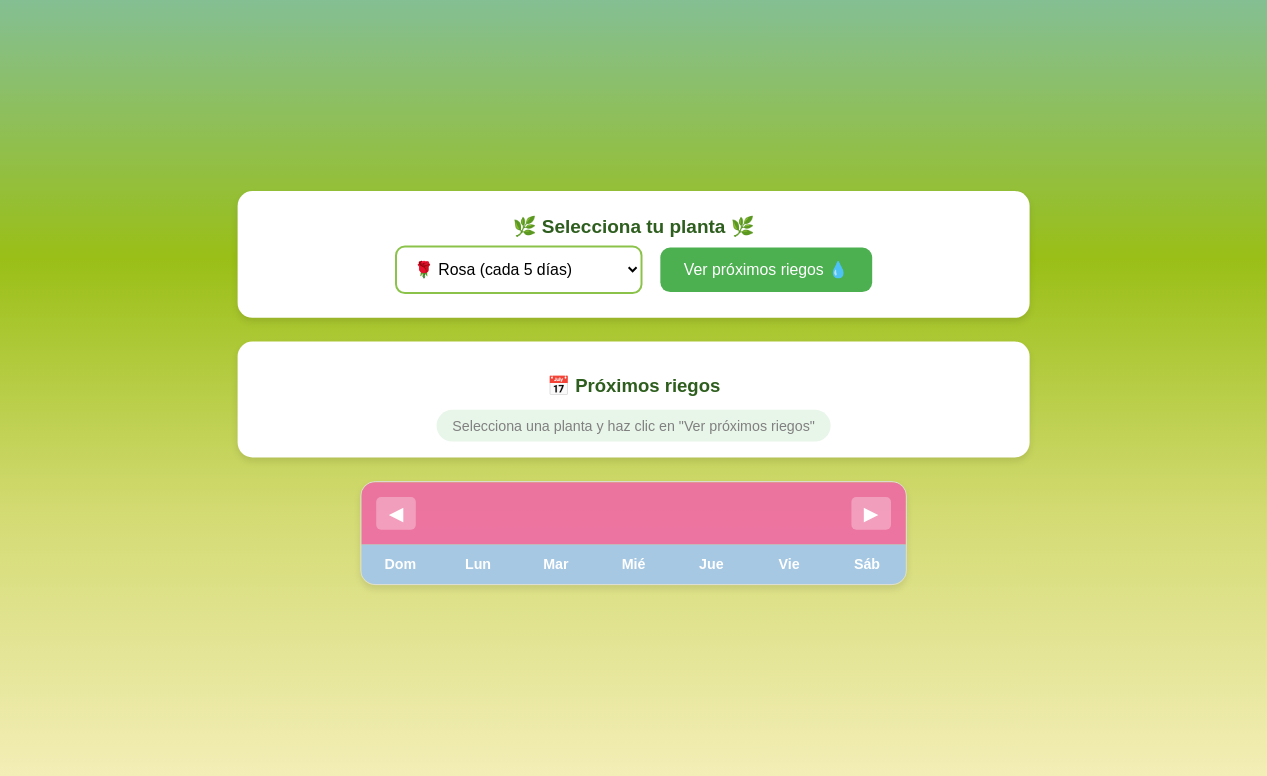
Repository: carrascokarencb37-afk/Nuura
Page: html/calendario.html
These files come from the project's save history. The page is drawn as it stood at one moment and after the next save; the edit follows.
The browser window is 1280 px wide. The pictures show the whole page, at 99% of full size.

Above is the page before, as saved 2026-05-29 00:13:33.
Console error: ReferenceError: element is not defined

### html/calendario.html
<!DOCTYPE html>
<html lang="es">
<head>
    <meta charset="UTF-8">
    <meta name="viewport" content="width=device-width, initial-scale=1.0">
    <title>Nuura - Calendario de Riego</title>
    <link rel="stylesheet" href="../css/cale.css">
    <script src="../js/calen.js" defer></script>
</head>
<body>
    <div class="container">
        <!-- Selector de flor -->
        <div class="selector-flor">
            <label>🌿 Selecciona tu planta 🌿</label>
            <div>
                <select id="flor">
                    <option value="rosa">🌹 Rosa (cada 5 días)</option>
                    <option value="jazmin">🌼 Jazmín (cada 1 días)</option>
                    <option value="corona">👑 Corona de Cristo (cada 3 días)</option>
                    <option value="duranta">💜 Duranta (cada 2 días)</option>
                    <option value="pervinca">🌸 Pervinca (cada 1 día)</option>
                    <option value="capuchina">🧡 Capuchina (cada 1 día)</option>
                    <option value="ruda">🌿 Ruda (cada 2 días)</option>
                    <option value="pascua">❤️ Flor de Pascua (cada 1 días)</option>
                    <option value="bigotillo">💚 Bigotillo (cada 2 días)</option>
                    <option value="trompillo">💛 Trompillo (cada 2 día)</option>
                </select>
                <button onclick="calcularRiego()">Ver próximos riegos 💧</button>
            </div>
        </div>

        <!-- Resultado de riegos -->
        <div class="resultado-riegos">
            <h3>📅 Próximos riegos</h3>
            <div id="resultado">
                <p style="color: gray;">Selecciona una planta y haz clic en "Ver próximos riegos"</p>
            </div>
        </div>

        <!-- Calendar Container -->
        <div class="calendar">
            <!-- Month and Year Header -->
            <div class="calendar-header">
                <button onclick="mesAnterior()">◀</button>
                <span id="monthYear"></span>
                <button onclick="mesSiguiente()">▶</button>
            </div>

            <!-- Days of the Week -->
            <div class="calendar-days">
                <div>Dom</div>
                <div>Lun</div>
                <div>Mar</div>
                <div>Mié</div>
                <div>Jue</div>
                <div>Vie</div>
                <div>Sáb</div>
            </div>

            <!-- Calendar Dates -->
            <div id="calendarDates" class="calendar-dates"></div>
        </div>
    </div>
</body>
</html>

### css/cale.css

.riego{
    background-color: #8BC34A;
    border-radius: 50%;
}
        /* Basic page styling */
        body {
            font-family: Arial, sans-serif;
            display: flex;
             flex-direction: column;
    justify-content: center;
    align-items: center;
    min-height: 100vh;
    background: linear-gradient(to top, #f3eeb6, #d4db74, #9abf17, #84bf93);
    margin: 0;
    padding: 2rem 1rem;
}

/* Contenedor principal */
.container {
    max-width: 800px;
    width: 100%;
    margin: 0 auto;
}

/* Selector de flor */
.selector-flor {
    background: white;
    padding: 1.5rem;
    border-radius: 15px;
    margin-bottom: 1.5rem;
    text-align: center;
    box-shadow: 0 4px 8px rgba(0, 0, 0, 0.1);
}

.selector-flor label {
    font-size: 1.2rem;
    font-weight: bold;
    color: #2e5e1e;
    display: block;
    margin-bottom: 0.5rem;
}

#flor {
    padding: 0.8rem;
    font-size: 1rem;
    border-radius: 10px;
    border: 2px solid #8BC34A;
    background-color: white;
    width: 100%;
    max-width: 250px;
    cursor: pointer;
}

button {
    background-color: #4CAF50;
    color: white;
    border: none;
    padding: 0.8rem 1.5rem;
    font-size: 1rem;
    border-radius: 10px;
    cursor: pointer;
    margin-left: 0.8rem;
    transition: 0.3s;
}

button:hover {
    background-color: #45a049;
    transform: scale(1.02);
}

/* Resultado de riegos */
.resultado-riegos {
    background: white;
    padding: 1rem;
    border-radius: 15px;
    margin-bottom: 1.5rem;
    text-align: center;
    box-shadow: 0 4px 8px rgba(0, 0, 0, 0.1);
}

.resultado-riegos h3 {
    color: #2e5e1e;
    margin-bottom: 0.8rem;
}

#resultado {
    display: flex;
    flex-wrap: wrap;
    justify-content: center;
    gap: 0.8rem;
}

#resultado p {
    background: #e8f5e9;
    padding: 0.5rem 1rem;
    border-radius: 20px;
    margin: 0;
    font-size: 0.9rem;
}

/* Calendar container */
.calendar {
    width: 100%;
    max-width: 550px;
    margin: 0 auto;
    border: 1px solid #ddd;
    border-radius: 15px;
    box-shadow: 0 4px 8px rgba(0, 0, 0, 0.1);
    overflow: hidden;
}

/* Calendar header styling */
.calendar-header {
    display: flex;
    justify-content: space-between;
    align-items: center;
    background-color: #ee6fa2f1;
    color: white;
    padding: 15px;
    font-size: 1.2em;
    font-weight: bold;
}

.calendar-header button {
    background: rgba(255, 255, 255, 0.3);
    border: none;
    color: white;
    font-size: 1.2rem;
    cursor: pointer;
    padding: 0.3rem 0.8rem;
    border-radius: 5px;
    margin: 0;
}

.calendar-header button:hover {
    background: rgba(255, 255, 255, 0.5);
    transform: none;
}

/* Days of the week styling */
.calendar-days {
    display: grid;
    grid-template-columns: repeat(7, 1fr);
    background-color: #a3c7e9f1;
    color: white;
    text-align: center;
}

.calendar-days div {
    padding: 12px 5px;
    text-align: center;
    font-weight: bold;
    font-size: 0.9rem;
}

/* Date cells styling */
.calendar-dates {
    display: grid;
    grid-template-columns: repeat(7, 1fr);
    background-color: white;
}

.calendar-dates div {
    padding: 15px 5px;
    text-align: center;
    border: 1px solid #ddd;
    font-size: 0.9rem;
    min-height: 50px;
    display: flex;
    align-items: center;
    justify-content: center;
    transition: 0.2s;
}

.calendar-dates div:hover {
    background-color: #f0f0f0;
}

/* Highlight today */
.today {
    background-color: #ffdd57 !important;
    font-weight: bold;
    border-radius: 50%;
    width: 35px;
    height: 35px;
    margin: auto;
}

/* Día de riego */
.riego-day {
    background-color: #8BC34A !important;
    color: white;
    font-weight: bold;
    border-radius: 50%;
    width: 35px;
    height: 35px;
    margin: auto;
    display: flex;
    align-items: center;
    justify-content: center;
}

/* Responsive */
@media (max-width: 550px) {
    body {
        padding: 1rem;
    }

    .calendar-dates div {
        padding: 10px 2px;
        font-size: 0.75rem;
        min-height: 40px;
    }

    .calendar-days div {
        padding: 8px 2px;
        font-size: 0.75rem;
    }

    .today, .riego-day {
        width: 28px;
        height: 28px;
    }

    button {
        margin-left: 0;
        margin-top: 0.5rem;
    }
}

@media (max-width: 400px) {
    .calendar-dates div {
        padding: 8px 1px;
        font-size: 0.7rem;
    }

    .today, .riego-day {
        width: 25px;
        height: 25px;
    }
}

### js/calen.js
element.classList.add("riego");

//es como decir, regar cada X días
const flores = {
    rosa: 5,
    jazmin: 1,

    corona: 3,
    duranta: 2,

    pervinca: 1,
    capuchina: 1,
    ruda: 2,
    trompillo: 1,

    pascua: 2,
    bigotillo: 2
};

// Variable para guardar las fechas de riego actuales
let fechasRiego = [];

function calcularRiego() {
    const flor = document.getElementById("flor").value;
    const diasRiego = flores[flor];

    if (!diasRiego) {
        document.getElementById("resultado").innerHTML = "<p style='color:red'>Flor no encontrada</p>";
        return;
    }

    let hoy = new Date();
    let resultado = "";
    fechasRiego = []; // Limpiar fechas anteriores

    for(let i = 1; i <= 5; i++) {
        let fecha = new Date();
        fecha.setDate(hoy.getDate() + (diasRiego * i));
        fechasRiego.push(fecha);

        resultado += `
        <p>💧 Riego ${i}: ${fecha.toLocaleDateString()}</p>
        `;
    }

    document.getElementById("resultado").innerHTML = resultado;

    // Actualizar el calendario con los días de riego
    actualizarCalendarioRiegos();
}

// Variables globales para el calendario
let fechaActual = new Date();
let currentMonth = fechaActual.getMonth();
let currentYear = fechaActual.getFullYear();

function actualizarCalendario() {
    const monthNames = ["Enero", "Febrero", "Marzo", "Abril", "Mayo", "Junio", "Julio", "Agosto", "Septiembre", "Octubre", "Noviembre", "Diciembre"];
    const monthYearHeader = document.getElementById("monthYear");

    if (monthYearHeader) {
        monthYearHeader.textContent = `${monthNames[currentMonth]} ${currentYear}`;
    }

    const firstDayOfMonth = new Date(currentYear, currentMonth, 1);
    const startDay = firstDayOfMonth.getDay();
    const daysInMonth = new Date(currentYear, currentMonth + 1, 0).getDate();

    const calendarDates = document.getElementById("calendarDates");
    if (!calendarDates) return;

    calendarDates.innerHTML = "";

    // Agregar días vacíos antes del primer día del mes
    for (let i = 0; i < startDay; i++) {
        const emptyDiv = document.createElement("div");
        calendarDates.appendChild(emptyDiv);
    }

    // Agregar los días del mes
    const today = new Date();
    const isCurrentMonth = (today.getMonth() === currentMonth && today.getFullYear() === currentYear);

    for (let day = 1; day <= daysInMonth; day++) {
        const dayDiv = document.createElement("div");
        dayDiv.textContent = day;

        // Marcar el día actual
        if (isCurrentMonth && day === today.getDate()) {
            dayDiv.classList.add("today");
        }

        // Marcar días de riego
        if (fechasRiego.length > 0) {
            const fechaComparar = new Date(currentYear, currentMonth, day);
            const esDiaRiego = fechasRiego.some(fechaRiego =>
                fechaRiego.getDate() === fechaComparar.getDate() &&
                fechaRiego.getMonth() === fechaComparar.getMonth() &&
                fechaRiego.getFullYear() === fechaComparar.getFullYear()
            );

            if (esDiaRiego) {
                dayDiv.classList.add("riego-day");
                dayDiv.title = "💧 Día de regar";
            }
        }

        calendarDates.appendChild(dayDiv);
    }
}

function mesAnterior() {
    currentMonth--;
    if (currentMonth < 0) {
        currentMonth = 11;
        currentYear--;
    }
    actualizarCalendario();
}

function mesSiguiente() {
    currentMonth++;
    if (currentMonth > 11) {
        currentMonth = 0;
        currentYear++;
    }
    actualizarCalendario();
}

function actualizarCalendarioRiegos() {
    actualizarCalendario();
}

// Inicializar cuando la página carga
document.addEventListener("DOMContentLoaded", () => {
    actualizarCalendario();
});

After the next save:
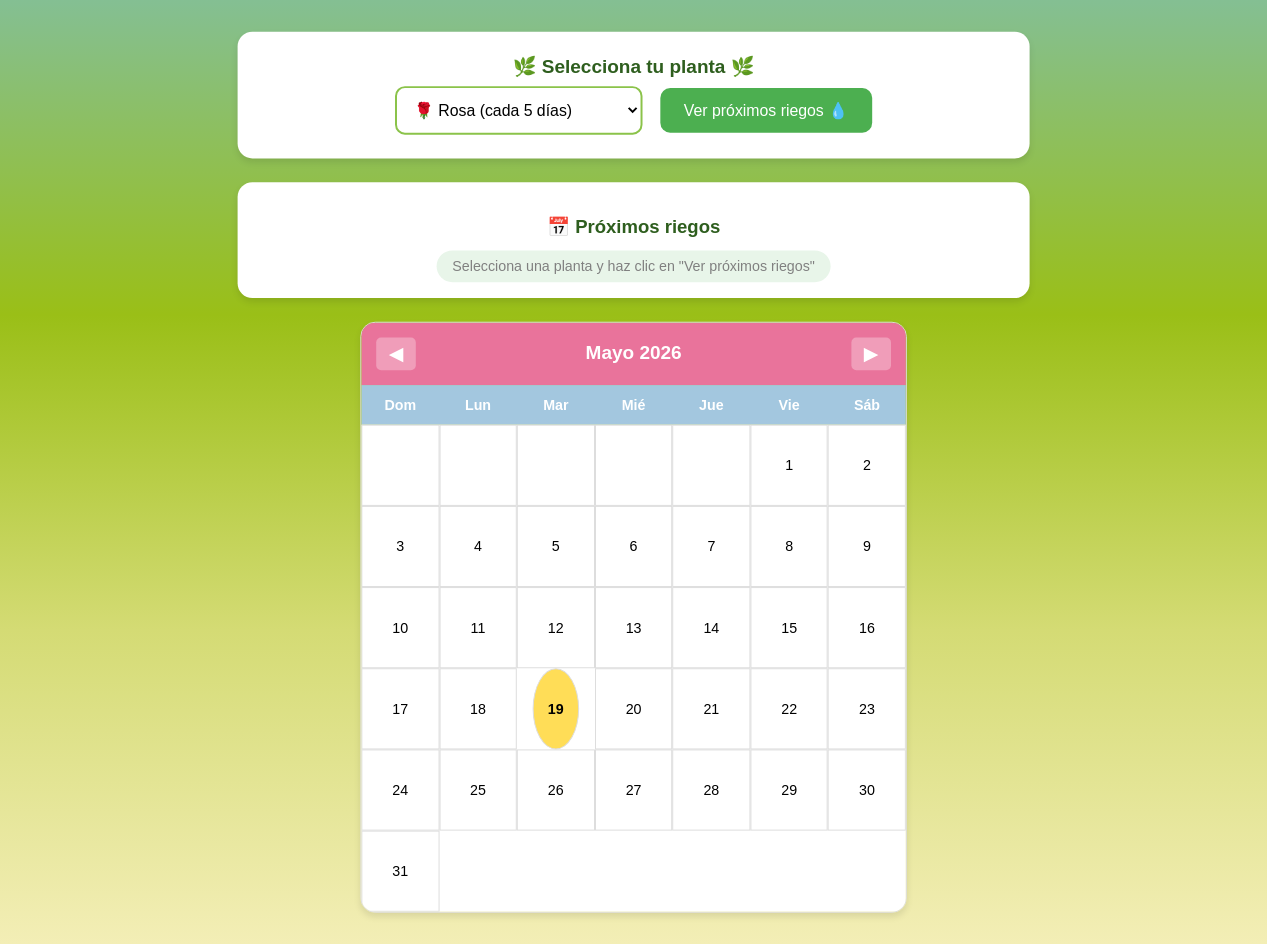
The error is gone.
Saved 4 min 18 s later.
--- a/js/calen.js
+++ b/js/calen.js
@@ -1,4 +1,3 @@
-element.classList.add("riego");
 
 //es como decir, regar cada X días
 const flores = {
